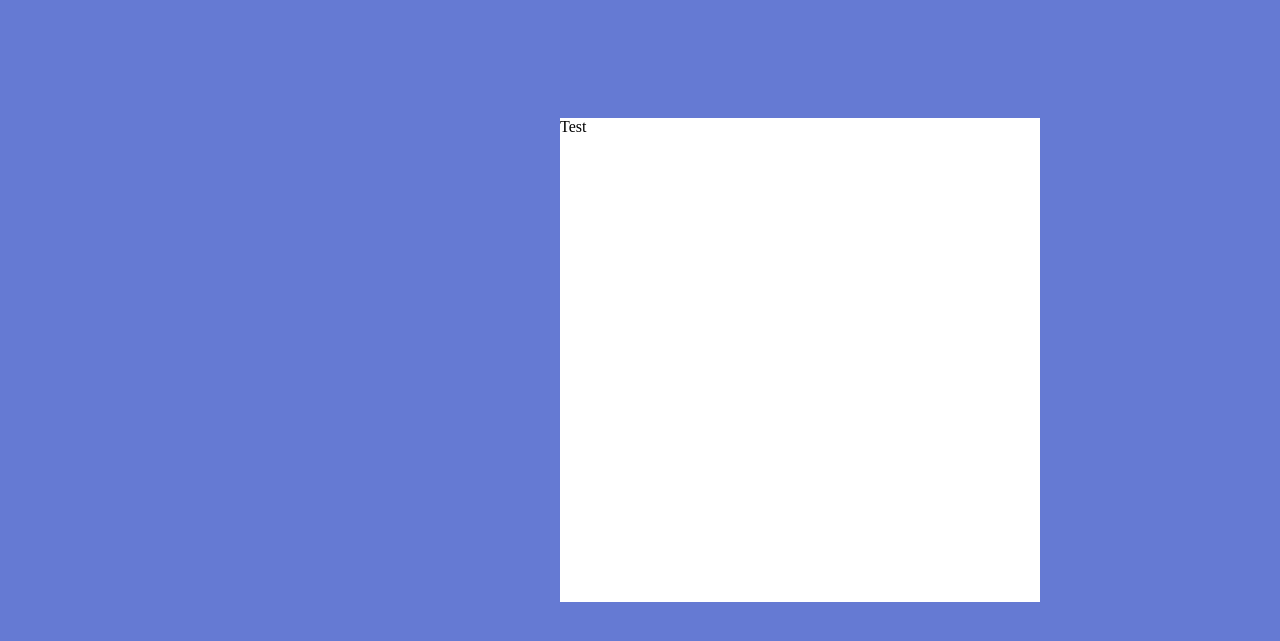
Repository: RugileG/registracijos-forma
Page: index.html
An editor plug-in stored every save of this project. The page is shown before and after the next save, followed by the edit.
The browser window is 1280 px wide. The pictures show the whole page.

Above is the page before, as saved 2021-05-17 11:50:35.

After the next save:
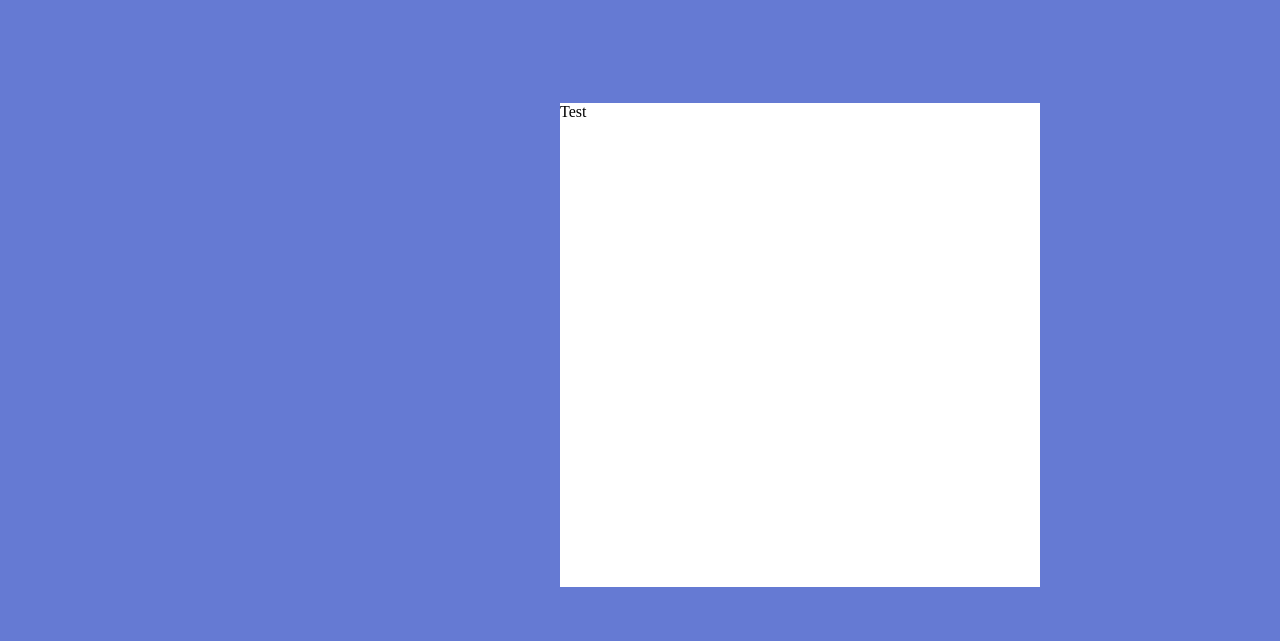
Saved 6 s later.
--- a/index.html
+++ b/index.html
@@ -42,7 +42,7 @@
             background-color: #FFFFFF ;
         }
 
-        .left-column {
+        .left-column-container {
             display: block;
             height: 424px;
 
